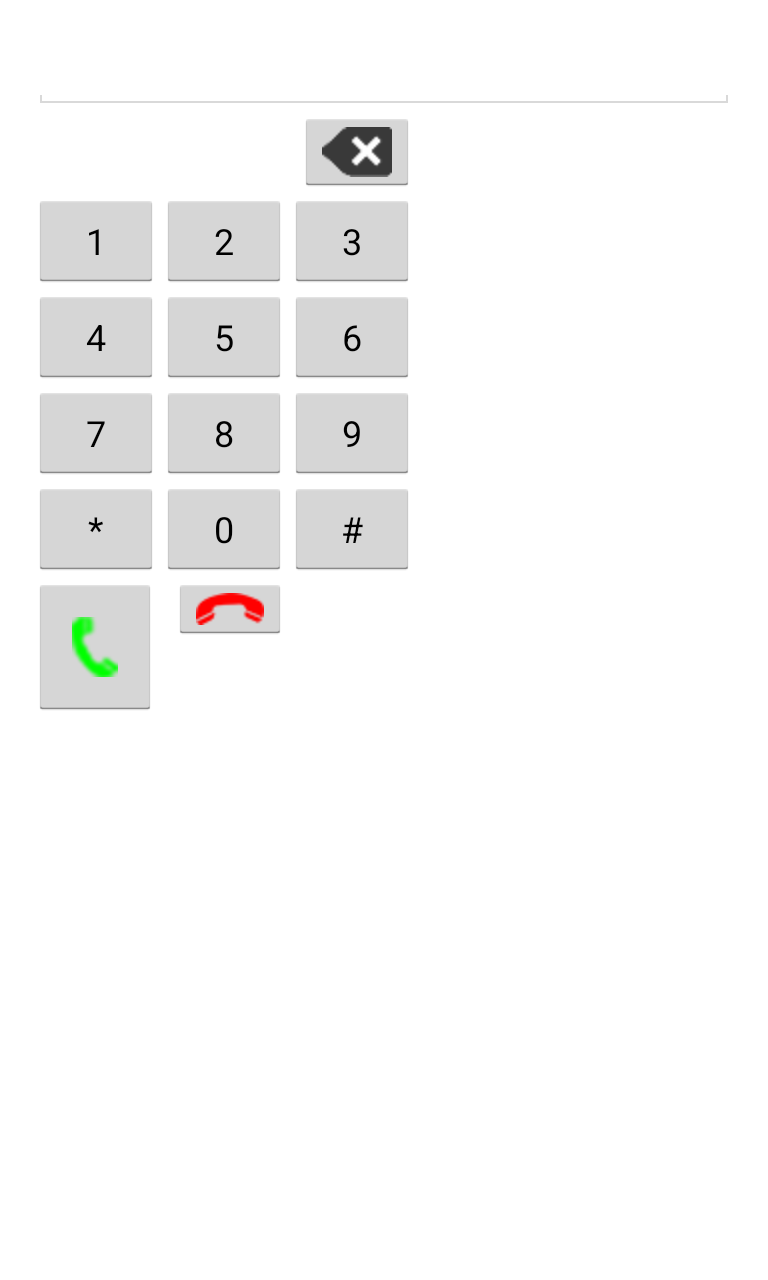
Repository: andreeastoican/Laborator03
Layout: PhoneDialer/res/layout/activity_phone_dialer.xml
These files come from the project's save history. The layout is drawn as it stood at one moment and after the next save; the edit follows.
It is drawn on a 768 x 1280 px phone screen (xhdpi) without system bars, with theme AppTheme; the app's code is not run.

Above is the layout before, as saved 2015-03-10 10:05:33.

### PhoneDialer/res/layout/activity_phone_dialer.xml
<LinearLayout xmlns:android="http://schemas.android.com/apk/res/android"
    xmlns:tools="http://schemas.android.com/tools"
    android:layout_width="match_parent"
    android:layout_height="match_parent"
    android:paddingBottom="@dimen/activity_vertical_margin"
    android:paddingLeft="@dimen/activity_horizontal_margin"
    android:paddingRight="@dimen/activity_horizontal_margin"
    android:paddingTop="@dimen/activity_vertical_margin"
    android:orientation="vertical"
    tools:context="ro.pub.cs.systems.pdsd.lab03.phonedialer.PhoneDialerActivity" >

    <EditText
        android:id="@+id/id_edit_text"
		android:layout_width="fill_parent"
	    android:layout_height="wrap_content"
	    android:ems="10"
	    android:inputType="text"
	    android:enabled="false"
        />

    <GridLayout
	    android:id="@+id/GridLayout1"
	    android:layout_width="wrap_content"
	    android:layout_height="wrap_content"
	    tools:context=".GridXMLActivity"
	    android:rowCount="6"
	    android:columnCount="3" >

        <ImageButton
        android:id="@+id/id_img_button"
        android:layout_width="wrap_content"
        android:layout_height="wrap_content"
        android:src="@drawable/backspace"
        android:layout_below="@id/id_edit_text"
        android:layout_alignParentRight="true"
        android:layout_gravity="right"
		android:layout_columnSpan="3"
    	/>

        <Button
			    android:id="@+id/id1"
		    android:layout_width="wrap_content"
	        android:layout_height="wrap_content"
	        android:text="1"
		    />
		<Button
		    android:id="@+id/id2"
		    android:layout_width="wrap_content"
	        android:layout_height="wrap_content"
	        android:text="2"
		    />
		<Button
		    android:id="@+id/id3"
		    android:layout_width="wrap_content"
	        android:layout_height="wrap_content"
	        android:text="3"
		    />
		<Button
		    android:id="@+id/id4"
		    android:layout_width="wrap_content"
	        android:layout_height="wrap_content"
	        android:text="4"
		    />
		<Button
		    android:id="@+id/id5"
		    android:layout_width="wrap_content"
	        android:layout_height="wrap_content"
	        android:text="5"
		    />
		<Button
		    android:id="@+id/id6"
		    android:layout_width="wrap_content"
	        android:layout_height="wrap_content"
	        android:text="6"
		    />

		<Button
		    android:id="@+id/id7"
		    android:layout_width="wrap_content"
	        android:layout_height="wrap_content"
	        android:text="7"
		    />
		<Button
		    android:id="@+id/id8"
		    android:layout_width="wrap_content"
	        android:layout_height="wrap_content"
	        android:text="8"
		    />
		<Button
		    android:id="@+id/id9"
		    android:layout_width="wrap_content"
	        android:layout_height="wrap_content"
	        android:text="9"
		    />

		<Button
		    android:id="@+id/id10"
		    android:layout_width="wrap_content"
	        android:layout_height="wrap_content"
	        android:text="*"
		    />
		<Button
		    android:id="@+id/id0"
		    android:layout_width="wrap_content"
	        android:layout_height="wrap_content"
	        android:text="0"
		    />
		<Button
		    android:id="@+id/id11"
		    android:layout_width="wrap_content"
	        android:layout_height="wrap_content"
	        android:text="#"
		    />

		<ImageButton
		    android:id="@+id/img_on"
		    android:layout_width="wrap_content"
	        android:layout_height="wrap_content"
	        android:src="@drawable/call"
	        android:padding="20dp"
		    />

		<ImageButton
		    android:id="@+id/img_off"
		    android:layout_width="wrap_content"
	        android:layout_height="wrap_content"
	        android:text="#"
	        android:layout_toRightOf="@id/img_on"
	        android:src="@drawable/hangup"
	        android:layout_gravity="right"
		    />
    </GridLayout>
    "

</LinearLayout>

Loaded but not shown: PhoneDialer/res/values/styles.xml (common file); PhoneDialer/res/values-v11/styles.xml (common file); PhoneDialer/res/values-v14/styles.xml (common file); PhoneDialer/res/values/dimens.xml (common file); PhoneDialer/res/values-w820dp/dimens.xml (common file)

After the next save:
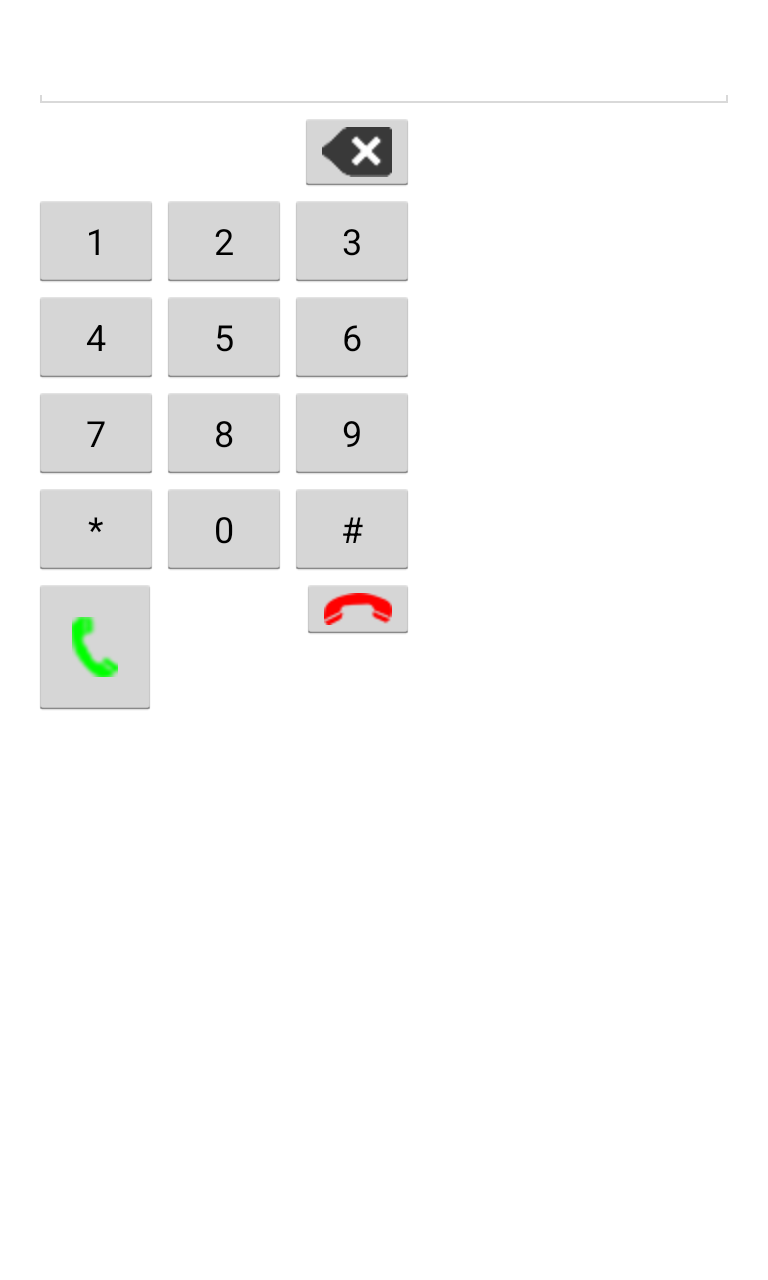
Saved 31 s later.
--- a/PhoneDialer/res/layout/activity_phone_dialer.xml
+++ b/PhoneDialer/res/layout/activity_phone_dialer.xml
@@ -127,6 +127,7 @@
 	        android:text="#"
 	        android:layout_toRightOf="@id/img_on"
 	        android:src="@drawable/hangup"
+	        android:layout_columnSpan="2"
 	        android:layout_gravity="right"
 		    />
     </GridLayout>
